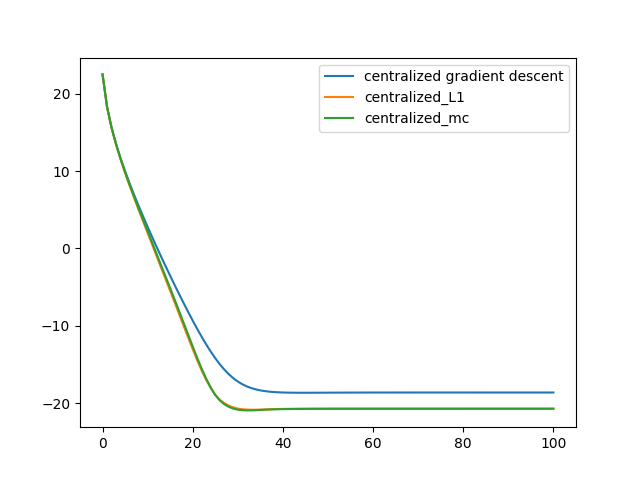
Repository: komuro-zero/distributed-optimization
Script's output: python main_weakly_sparse.py
These files come from the project's save history. The script's output is drawn as it stood at one moment and after the next save; the edit follows.
Random numbers start from a fixed seed.

Above is the script's output before, as saved 2019-09-26 19:20:26.

### main_weakly_sparse.py
import numpy as np
import matplotlib.pyplot as plt
from numpy.random import *
from modules.distributed_functions_wj import functions


np.random.seed(0)
class distributed_updates(functions):


    def __init__(self):

        self.N = 40
        self.m = 100
        self.r_i = 30
        self.iteration = 100
        self.sparsity_percentage = 0.2
        #self.lamb = 10**-3
        #self.eta = 0.2
        #self.rho = s
        # elf.lamb*(10**2)
        self.lamb = 1
        self.eta = 0.003
        self.rho = self.lamb*(1**2)
        if self.lamb/self.rho <= self.eta*self.lamb:
            print("faulty rho")
            exit()

    def make_variables(self):
        """
        w_star,U_all,d_allを返㝙
        """
        how_weak = 0.1
        w = randn(self.N,1)
        w_star = self.w_star_weakly_sparse(self.N,self.sparsity_percentage,how_weak)
        U_all = randn(self.m,self.N)
        w_star_noise = w_star +randn(self.N,1)/100
        #w_star_noise = w_star_noise/np.dot(w_star_noise.T,w_star_noise)
        d_all = np.dot(U_all,w_star_noise)
        L2 = np.dot(w_star.T,w_star)

        return w,w_star,U_all,d_all,L2,w_star_noise

    def run(self):
        w,w_star,U_all,d_all,L2,w_star_noise = self.make_variables()
        c = self.adjacency_matrix(self.m,self.r_i)
        self.disjoint_checker(c,self.m)
        w_all = self.make_w(self.m,self.N)

        error_cgd,wcgd = self.centralized_gradient_descent(U_all,d_all,w,w_star,L2,0.003,self.iteration)
        error,wcl1 = self.centralized_L1(U_all,d_all,w,w_star,L2,0.003,0.003,self.iteration)
        error,wcmc = self.centralized_mc(U_all,d_all,w,w_star,L2,self.lamb,self.eta,self.rho,self.iteration)
        #self.distributed_gradient_descent_wj(U_all,d_all,w_star,L2,self.N,self.m,self.r_i,0.25,self.iteration,c,w_all,wcgd)
        #self.distributed_L1_wj(U_all,d_all,w_star,L2,self.N,self.m,self.r_i,10**-4,0.24,self.iteration,c,w_all,wcl1)
        #self.distributed_mc_wj(U_all,d_all,w_star,L2,self.N,self.m,self.r_i,self.lamb,self.eta,self.rho,self.iteration,c,w_all,wcmc)
        #self.distributed_gradient_descent(U_all,d_all,w_star,L2,self.N,self.m,self.r_i,0.21,self.iteration,c,w_all)
        #self.distributed_mc(U_all,d_all,w_star,L2,self.N,self.m,self.r_i,self.lamb,self.eta,self.rho,self.iteration,c,w_all)

        #error = [cgd[-1],cl1,cmc[-1],dgd[-1],dl1[-1],dmc[-1]]
        #return error[-1]#w_star,w_star_noise,wcgd,wcl1,wcmc

"""
    #not completed
    def run_distributed(self):
        w,w_star,U_all,d_all,L2 = self.make_variables()

        lamb_l1 = 9*10**-5
        lamb_mc = 10**-3
        eta_gd = 0.1
        eta_l1 = 0.09
        eta_mc = 0.01

        self.distributed(U_all,d_all,w_star,L2,self.N,self.m,self.r_i,lamb_l1,lamb_mc,eta_gd,eta_l1,eta_mc,self.rho,self.iteration)
"""


if __name__ == "__main__":
    simulation = distributed_updates()
    cgd=cl1=cmc=dgd=dl1=dmc=[]
    for i in range(1):
        simulation.run()
        #cgd.append(error)
        """
        error = simulation.run()
        cgd.append(error[0])
        cl1.append(error[1])
        cmc.append(error[2])
        dgd.append(error[3])
        dl1.append(error[4])
        dmc.append(error[5])

        print("iteration:",i)
        """
    #times = range(len(cgd))

    #print("average:",sum(cgd)/len(cgd),"\n max:",max(cgd))
    #print("w_star:",w_star,"\nwcgd:",wcgd-w_star_noise,"\nwcl1:",wcl1-w_star_noise,"\nwcmc:",wcmc-w_star_noise)
    #plt.bar(times,cgd)
    plt.legend()
    plt.show()

### modules/distributed_functions_wj.py
#functions used in each simulations
import numpy as np
from numpy.random import *
import matplotlib.pyplot as plt

#np.random.seed(0)

class functions():
	def w_star(self,N,sparse_percentage):
		w_star = randn(N,1)     #平均は0
		before_length = len(w_star)
		after_length = before_length
		while (after_length / before_length) > sparse_percentage:
			a = randint(0,N-1)
			w_star[a] = 0
			after_length = len(np.unique(w_star))-1  #重複要素の削除
		return w_star

	def w_star_weakly_sparse(self,N,sparse_percentage,how_weak):
		w_star = randn(N,1)     #平均は0
		before_length = len(w_star)
		after_length = before_length
		while (after_length / before_length) > sparse_percentage:
			a = randint(0,N-1)
			w_star[a] = 0
			after_length = len(np.unique(w_star))-1  #重複要素の削除
		w_star_prox = np.zeros((len(w_star),1))
		for i in range(len(w_star)):
			if w_star[i] == 0:
				w_star_prox[i] = randn()
		w_star_prox = w_star_prox/np.dot(w_star_prox.T,w_star_prox)
		w_star = w_star/np.dot(w_star.T,w_star)
		w_star += how_weak*w_star_prox
		return w_star

	def w_star_weakly_sparse_sample(self,N,sparse_percentage):
		w_star = self.w_star(N,sparse_percentage)
		for i in range(len(w_star)):
			if w_star[i] == 0:
				w_star[i] = 0.0001
			else:
				w_star[i] = 1
		return w_star

	def db(self,x, y):
		db = 10 * np.log10(x / y)
		return db[0][0]

	def adjacency_matrix(self,m,r_i):
		"""
		disjointed example
		a = [1]*r_i
		b = [0]*(m-r_i)
		a.extend(b)
		c = [1]*r_i
		d = [0]*(m-r_i)
		d.extend(c)
		aa = [a]*int(m/2)
		dd = [d]*int(m/2)
		dd.extend(aa)
		result = np.array(dd)
		for i in range(len(result)):
			result[i][i]=1

		"""
		c = np.eye(m)
		for j in range(m):
			counter = 0
			while counter != r_i:
				random_num = np.random.randint(0,m)
				if c[j][random_num] != 1:
					c[j][random_num] = 1
					counter += 1
		return c

	def find_ones(self,row):
		result = [i for i, element in enumerate(row) if element == 1]
		return result

	def all_connections(self,c_list):
		result = []
		for row in c_list:
			result.append(self.find_ones(row))
		return result

	def delete_self(self,all_connection):
		for i in range(len(all_connection)):
			all_connection[i].remove(i)
		return all_connection

	def disjoint_checker(self,c,m):
		c_list = c.tolist()
		all_connection = self.all_connections(c_list)
		adjacent_matrix = self.delete_self(all_connection)
		check_node = adjacent_matrix[0]
		connected_node = adjacent_matrix[0]
		last_length = len(connected_node)
		check_node_box = []
		count = 1

		flag = True
		while flag:
			for i in check_node:
				check_node_box[0:0] = (all_connection[i])
			common_part = list(set(check_node_box) & set(connected_node))
			check_node = list(set(check_node_box) - set(common_part))
			connected_node[0:0] = check_node_box
			connected_node = list(set(connected_node))
			check_node_box = []
			now_length = len(connected_node)
			if now_length == last_length:
				flag = False
			count += 1
			if count > m or len(connected_node) == m:
				flag = False
			last_length = now_length
		if len(connected_node) == m:
			print("Your graph is not disjoint")
		else:
			print("Your graph is disjoint. connected nodes:",now_length)

	def w_average(self,w_all):
		result = [0]*len(w_all[0])
		for row in w_all:
			result += row
		result = result/len(w_all)
		return result

	def make_w(self,m,N):
		w = randn(N,1).T
		for i in range(m-1):
			w = np.concatenate((w,randn(N,1).T))
		return w

	def centralized_gradient_descent(self,Ut,d,w,w_star,L2,eta,iteration):
		error = [self.db(np.dot((w-w_star).T,w-w_star)[0],L2)]
		times = [0]
		one_error =0
		U = Ut.T
		for i in range(iteration):
			w = w - 2*eta*(np.dot(U,(np.dot(Ut,w)-d)))
			one_error = np.dot((w-w_star).T,w-w_star)[0]
			error.append(self.db(one_error,L2))
			times.append(i+1)
		plt.plot(times,error,label = "centralized gradient descent")
		return error,w

	def centralized_L1(self,Ut,d,w,w_star,L2,lamb,eta,iteration):
		error = [self.db(np.dot((w-w_star).T,w-w_star)[0],L2)]
		times = [0]
		one_error =0
		U = Ut.T
		for i in range(iteration):
			w = w - 2*eta*(np.dot(U,(np.dot(Ut,w)-d)))
			for j in range(len(w)):
				if w[j] > 0 and lamb < abs(w[j]):
					w[j] -= lamb
				elif w[j] < 0 and lamb < abs(w[j]):
					w[j] += lamb
				else:
					w[j] = 0
			one_error = np.dot((w-w_star).T,w-w_star)[0]
			error.append(self.db(one_error,L2))
			times.append(i+1)
		exec("plt.plot(times,error,label = 'centralized_L1')")
		return error,w

	def centralized_mc(self,Ut,d,w,w_star,L2,lamb,eta,rho,iteration):
		error = [self.db(np.dot((w-w_star).T,w-w_star)[0],L2)]
		times = [0]
		one_error =0
		U = Ut.T
		for i in range(iteration):
			w = w - 2*eta*(np.dot(U,(np.dot(Ut,w)-d)))
			for j in range(len(w)):
				if abs(w[j]) < eta*lamb:
					w[j] = 0
				elif eta*lamb < abs(w[j]) and abs(w[j]) < lamb/rho:
					w[j] = w[j]*(abs(w[j])-eta*lamb)/(abs(w[j])*(1-eta*rho))
				elif lamb/rho <= abs(w[j]):
					w[j] = w[j]
				else:
					print("banana")
			one_error = np.dot((w-w_star).T,w-w_star)[0]
			error.append(self.db(one_error,L2))
			times.append(i+1)
			one_error = 0
		plt.plot(times,error,label = "centralized_mc")
		return error,w

	def one_gradient_descent(self,Ut,d,w,eta):
		U = Ut.T
		w = w - 2*eta*((U*(np.dot(Ut,w)-d)))
		return w

	def one_L1(self,Ut,d,w,lamb,eta):
		U = Ut.T
		w = w - 2*eta*((U*(np.dot(Ut,w)-d)))
		for j in range(len(w)):
			if w[j] > 0 and lamb < abs(w[j]):
				w[j] -= lamb
			elif w[j] < 0 and lamb < abs(w[j]):
				w[j] += lamb
			else:
				w[j] = 0
		return w

	def one_mc(self,Ut,d,w,lamb,eta,rho):
		U = Ut.T
		w = w - 2*eta*((U*(np.dot(Ut,w)-d)))
		for j in range(len(w)):
			if abs(w[j]) <= eta*lamb:
				w[j] = 0
			elif eta*lamb < abs(w[j]) and abs(w[j]) < lamb/rho:
				w[j] = w[j]*(abs(w[j])-eta*lamb)/(abs(w[j])*(1-eta*rho))
			elif lamb/rho <= abs(w[j]):
				w[j] = w[j]
			else:
				print("banana")
		return w

	def distributed_gradient_descent(self,Ut,d,w_star,L2,N,m,r_i,eta,iteration,c,w_all_f):
		average_error = [0]
		for i in range(1,m+1,1):
			exec("u_%d = Ut[%d]" % (i,i-1))
			exec("d_%d = d[%d][0]" % (i,i-1))
			exec("w_%d = np.reshape(w_all_f[%d],(N,1)).ravel() " % (i,i-1))
			exec("w_next_%d = w_%d" % (i,i))
			exec("error_w_%d = []" % (i))
			exec("one_error_%d =[]" % (i))
			exec("average_error[0] += self.db(np.dot((w_%d-w_star.ravel()).T,w_%d-w_star.ravel()),L2)"%(i,i))
		average_error[0] = average_error[0]/m
		times = [0]
		for i in range(iteration):
			for j in range(1,m+1,1):
				exec("w_%d = self.one_gradient_descent(u_%d,d_%d,w_%d,eta)" % (j,j,j,j))
				exec("w_next_%d = w_%d" % (j,j))
			exec("w_all = [w_next_1]")
			for j in range(2,m+1):
				exec("w_all = np.concatenate((w_all,[w_next_%d]))" %(j))
			exec("average = (1/(r_i+1))*np.dot(c,w_all)")
			for j in range(1,m+1,1):
				exec("w_%d = average[%d]" % (j,j-1))
			for j in range(1,m+1,1):
				exec("one_error_%d = np.dot((w_%d-w_star.ravel()).T,w_%d-w_star.ravel())" % (j,j,j))
				exec("error_w_%d.append(self.db(one_error_%d,L2))" % (j,j))
			times.append(i+1)
		exec("w_all_f = w_all")
		exec("w_average = self.w_average(w_all)")
		for i in range(iteration):
			exec("average_error.append(error_w_1[%d])" % (i))
			for j in range(2,m+1,1):
				exec("average_error[%d] += error_w_%d[%d]" % (i+1,j,i))
			average_error[i+1] = average_error[i+1]/m
		plt.plot(times,average_error,label = 'distributed gradient descent')
		plt.legend()
		return average_error,w_all_f

	def distributed_L1(self,Ut,d,w_star,L2,N,m,r_i,lamb,eta,iteration,c,w_all_f):
		average_error = [0]
		for i in range(1,m+1,1):
			exec("u_%d = Ut[%d]" % (i,i-1))
			exec("d_%d = d[%d][0]" % (i,i-1))
			exec("w_%d = np.reshape(w_all_f[%d],(N,1)).ravel() " % (i,i-1))
			exec("w_next_%d = w_%d" % (i,i))
			exec("error_w_%d = []" % (i))
			exec("one_error_%d =[]" % (i))
			exec("average_error[0] += self.db(np.dot((w_%d-w_star.ravel()).T,w_%d-w_star.ravel()),L2)"%(i,i))
		average_error[0] = average_error[0]/m

		times = [0]
		for i in range(iteration):
			for j in range(1,m+1,1):
				exec("w_%d = self.one_L1(u_%d,d_%d,w_%d,lamb,eta)" % (j,j,j,j))
				exec("w_next_%d = w_%d" % (j,j))
			exec("w_all = [w_next_1]")
			for j in range(2,m+1):
				exec("w_all = np.concatenate((w_all,[w_next_%d]))" %(j))
			exec("average = (1/(r_i+1))*np.dot(c,w_all)")
			for j in range(1,m+1,1):
				exec("w_%d = average[%d]" % (j,j-1))
			for j in range(1,m+1,1):
				exec("one_error_%d = np.dot((w_%d-w_star.ravel()).T,w_%d-w_star.ravel())" % (j,j,j))
				exec("error_w_%d.append(self.db(one_error_%d,L2))" % (j,j))
			times.append(i+1)
		exec("w_average = self.w_average(w_all)")
		for i in range(iteration):
			exec("average_error.append(error_w_1[%d])" % (i))
			for j in range(2,m+1,1):
				exec("average_error[%d] += error_w_%d[%d]" % (i+1,j,i))
			average_error[i+1] = average_error[i+1]/m
		plt.plot(times,average_error,label = 'distributed L1')
		plt.legend()
		return average_error

	def distributed_mc(self,Ut,d,w_star,L2,N,m,r_i,lamb,eta,rho,iteration,c,w_all_f):
		average_error = [0]
		for i in range(1,m+1,1):
			exec("u_%d = Ut[%d]" % (i,i-1))
			exec("d_%d = d[%d][0]" % (i,i-1))
			exec("w_%d = np.reshape(w_all_f[%d],(N,1)).ravel() " % (i,i-1))
			exec("w_next_%d = w_%d" % (i,i))
			exec("error_w_%d = []" % (i))
			#exec("error_w_%d = [self.db(np.dot((w_%d-w_star.ravel()).T,w_%d-w_star.ravel()),L2)]" % (i,i,i))
			exec("one_error_%d =[]" % (i))
			exec("average_error[0] += self.db(np.dot((w_%d-w_star.ravel()).T,w_%d-w_star.ravel()),L2)"%(i,i))
		average_error[0] = average_error[0]/m
		times = [0]
		for i in range(iteration):
			for j in range(1,m+1,1):
				exec("w_%d = self.one_mc(u_%d,d_%d,w_%d,lamb,eta,rho)" % (j,j,j,j))
				exec("w_next_%d = w_%d" % (j,j))
			exec("w_all = [w_next_1]")
			for j in range(2,m+1):
				exec("w_all = np.concatenate((w_all,[w_next_%d]))" %(j))
			exec("average = (1/(r_i+1))*np.dot(c,w_all)")
			for j in range(1,m+1,1):
				exec("w_%d = average[%d]" % (j,j-1))
			for j in range(1,m+1,1):
				exec("one_error_%d = np.dot((w_%d-w_star.ravel()).T,w_%d-w_star.ravel())" % (j,j,j))
				exec("error_w_%d.append(self.db(one_error_%d,L2))" % (j,j))
			times.append(i+1)
		exec("w_average = self.w_average(w_all)")
		for i in range(iteration):
			exec("average_error.append(error_w_1[%d])" % (i))
			for j in range(2,m+1,1):
				exec("average_error[%d] += error_w_%d[%d]" % (i+1,j,i))
			average_error[i+1] = average_error[i+1]/m
		#for i in range(1,m+1):
		#	exec("plt.plot(times,error_w_%d)"%(i))
		plt.plot(times,average_error,label = 'distributed mc',color = "black")
		plt.legend()
		return average_error

	def distributed_gradient_descent_wj(self,Ut,d,w_star,L2,N,m,r_i,eta,iteration,c,w_all_f,wj):
		average_error = [0]
		L2wj = np.dot(wj.T,wj)
		for i in range(1,m+1,1):
			exec("u_%d = Ut[%d]" % (i,i-1))
			exec("d_%d = d[%d][0]" % (i,i-1))
			exec("w_%d = np.reshape(w_all_f[%d],(N,1)).ravel() " % (i,i-1))
			exec("w_next_%d = w_%d" % (i,i))
			exec("error_w_%d = []" % (i))
			exec("one_error_%d =[]" % (i))
			exec("average_error[0] += self.db(np.dot((w_%d-wj.ravel()).T,w_%d-wj.ravel()),L2wj)"%(i,i))
		average_error[0] = average_error[0]/m
		times = [0]
		for i in range(iteration):
			for j in range(1,m+1,1):
				exec("w_%d = self.one_gradient_descent(u_%d,d_%d,w_%d,eta)" % (j,j,j,j))
				exec("w_next_%d = w_%d" % (j,j))
			exec("w_all = [w_next_1]")
			for j in range(2,m+1):
				exec("w_all = np.concatenate((w_all,[w_next_%d]))" %(j))
			exec("average = (1/(r_i+1))*np.dot(c,w_all)")
			for j in range(1,m+1,1):
				exec("w_%d = average[%d]" % (j,j-1))
			for j in range(1,m+1,1):
				exec("one_error_%d = np.dot((w_%d-wj.ravel()).T,w_%d-wj.ravel())" % (j,j,j))
				#exec("print(one_error_%d)"%(j))
				exec("error_w_%d.append(self.db(one_error_%d,L2wj))" % (j,j))
			times.append(i+1)
		for i in range(iteration):
			exec("average_error.append(error_w_1[%d])" % (i))
			for j in range(2,m+1,1):
				exec("average_error[%d] += error_w_%d[%d]" % (i+1,j,i))
			average_error[i+1] = average_error[i+1]/m
		#exec("plt.plot(times,average_error,label = 'wj distributed gradient descent')")
		return average_error

	def distributed_L1_wj(self,Ut,d,w_star,L2,N,m,r_i,lamb,eta,iteration,c,w_all_f,wj):
		average_error = [0]
		L2wj = np.dot(wj.T,wj)
		for i in range(1,m+1,1):
			exec("u_%d = Ut[%d]" % (i,i-1))
			exec("d_%d = d[%d][0]" % (i,i-1))
			exec("w_%d = np.reshape(w_all_f[%d],(N,1)).ravel() " % (i,i-1))
			exec("w_next_%d = w_%d" % (i,i))
			exec("error_w_%d = []" % (i))
			exec("one_error_%d =[]" % (i))
			exec("average_error[0] += self.db(np.dot((w_%d-wj.ravel()).T,w_%d-wj.ravel()),L2wj)"%(i,i))
		average_error[0] = average_error[0]/m

		times = [0]
		for i in range(iteration):
			for j in range(1,m+1,1):
				exec("w_%d = self.one_L1(u_%d,d_%d,w_%d,lamb,eta)" % (j,j,j,j))
				exec("w_next_%d = w_%d" % (j,j))
			exec("w_all = [w_next_1]")
			for j in range(2,m+1):
				exec("w_all = np.concatenate((w_all,[w_next_%d]))" %(j))
			exec("average = (1/(r_i+1))*np.dot(c,w_all)")
			for j in range(1,m+1,1):
				exec("w_%d = average[%d]" % (j,j-1))
			for j in range(1,m+1,1):
				exec("one_error_%d = np.dot((w_%d-wj.ravel()).T,w_%d-wj.ravel())" % (j,j,j))
				exec("error_w_%d.append(self.db(one_error_%d,L2wj))" % (j,j))
			times.append(i+1)
		for i in range(iteration):
			exec("average_error.append(error_w_1[%d])" % (i))
			for j in range(2,m+1,1):
				exec("average_error[%d] += error_w_%d[%d]" % (i+1,j,i))
			average_error[i+1] = average_error[i+1]/m
		exec("plt.plot(times,average_error,label = 'wj distributed L1')")
		return average_error

	def distributed_mc_wj(self,Ut,d,w_star,L2,N,m,r_i,lamb,eta,rho,iteration,c,w_all_f,wj):
		average_error = [0]
		L2wj = np.dot(wj.T,wj)
		for i in range(1,m+1,1):
			exec("u_%d = Ut[%d]" % (i,i-1))
			exec("d_%d = d[%d][0]" % (i,i-1))
			exec("w_%d = np.reshape(w_all_f[%d],(N,1)).ravel() " % (i,i-1))
			exec("w_next_%d = w_%d" % (i,i))
			exec("error_w_%d = []" % (i))
			exec("one_error_%d =[]" % (i))
			exec("average_error[0] += self.db(np.dot((w_%d-wj.ravel()).T,w_%d-wj.ravel()),L2wj)"%(i,i))
		average_error[0] = average_error[0]/m
		times = [0]
		for i in range(iteration):
			for j in range(1,m+1,1):
				exec("w_%d = self.one_mc(u_%d,d_%d,w_%d,lamb,eta,rho)" % (j,j,j,j))
				exec("w_next_%d = w_%d" % (j,j))
			exec("w_all = [w_next_1]")
			for j in range(2,m+1):
				exec("w_all = np.concatenate((w_all,[w_next_%d]))" %(j))
			exec("average = (1/(r_i+1))*np.dot(c,w_all)")
			for j in range(1,m+1,1):
				exec("w_%d = average[%d]" % (j,j-1))
			for j in range(1,m+1,1):
				exec("one_error_%d = np.dot((w_%d-wj.ravel()).T,w_%d-wj.ravel())" % (j,j,j))

				exec("error_w_%d.append(self.db(one_error_%d,L2wj))" % (j,j))
			times.append(i+1)
		for i in range(iteration):
			exec("average_error.append(error_w_1[%d])" % (i))
			for j in range(2,m+1,1):
				exec("average_error[%d] += error_w_%d[%d]" % (i+1,j,i))
			average_error[i+1] = average_error[i+1]/m
		exec("plt.plot(times,average_error,label = 'wj distributed mc')")
		return average_error

After the next save:
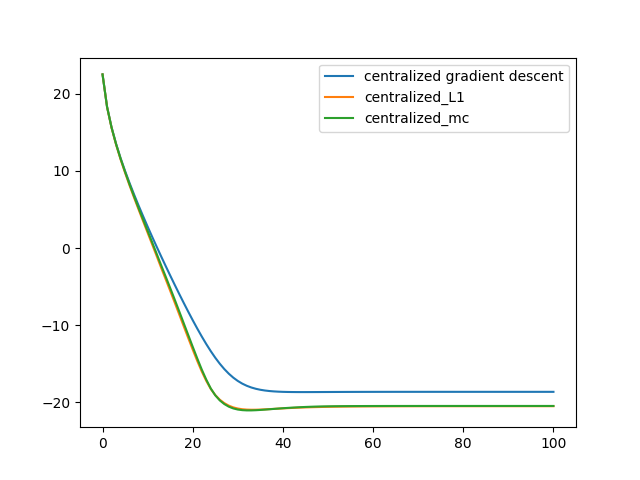
Saved 7 s later.
--- a/main_weakly_sparse.py
+++ b/main_weakly_sparse.py
@@ -30,7 +30,7 @@ class distributed_updates(functions):
         """
         w_star,U_all,d_allを返㝙
         """
-        how_weak = 0.1
+        how_weak = 0.01
         w = randn(self.N,1)
         w_star = self.w_star_weakly_sparse(self.N,self.sparsity_percentage,how_weak)
         U_all = randn(self.m,self.N)
